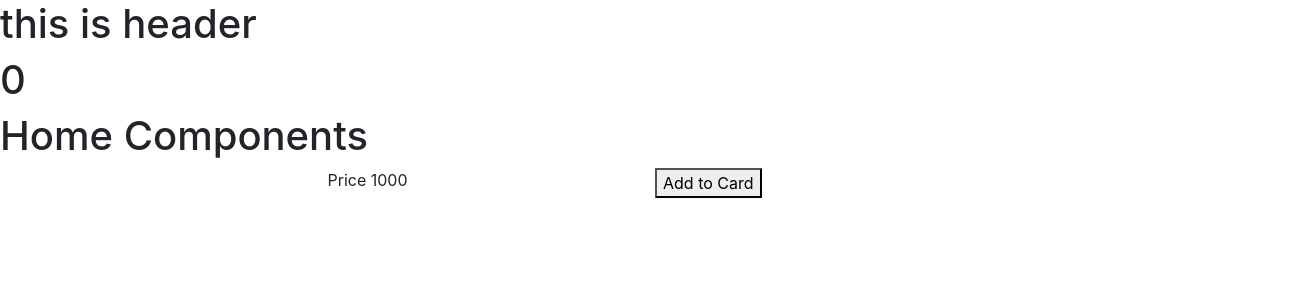
Repository: lalji-yadav/Redux-add-and-remove-item-in-cart-and-HOC-Example-
Page: /
The author's editor kept a copy of each file at every save. The page is drawn from the files as they stood at one save, then again after the next save.
The browser window is 1280 px wide. The page is 1295 px wide, so the pictures cover 1295 px, including what lies to the right of the window. The pictures show the whole page.
The project was rebuilt for these pictures with package versions that can differ from the ones it lists, and the page was loaded fresh each time.

Above is the page before, as saved 2021-01-15 17:35:41.

After the next save:
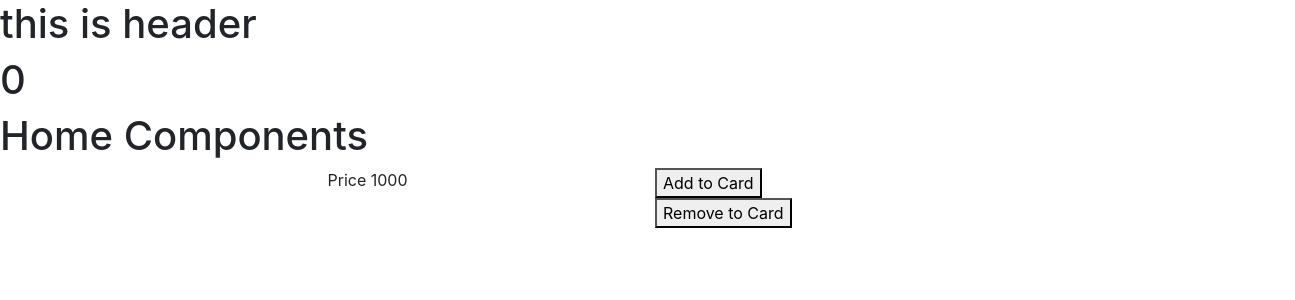
Saved 3 min 57 s later.
--- a/src/components/home.js
+++ b/src/components/home.js
@@ -25,7 +25,12 @@ function Home(props) {
                     <div className="col-sm-3">
 
                         <button onClick={()=>
-                            props.addToCartHandler({price:1000,  name:'Anubhav kumar Yadav'})} > Add to Card </button>
+                            props.addToCartHandler({price:1000,  name:'Anubhav kumar Yadav'})} > Add to Card </button> <br />
+
+                          <button onClick={()=>
+                            props.addToCartHandler({price:1000,  name:'Anubhav kumar Yadav'})} >
+                                 Remove to Card </button>
+
 
                     </div>
 
